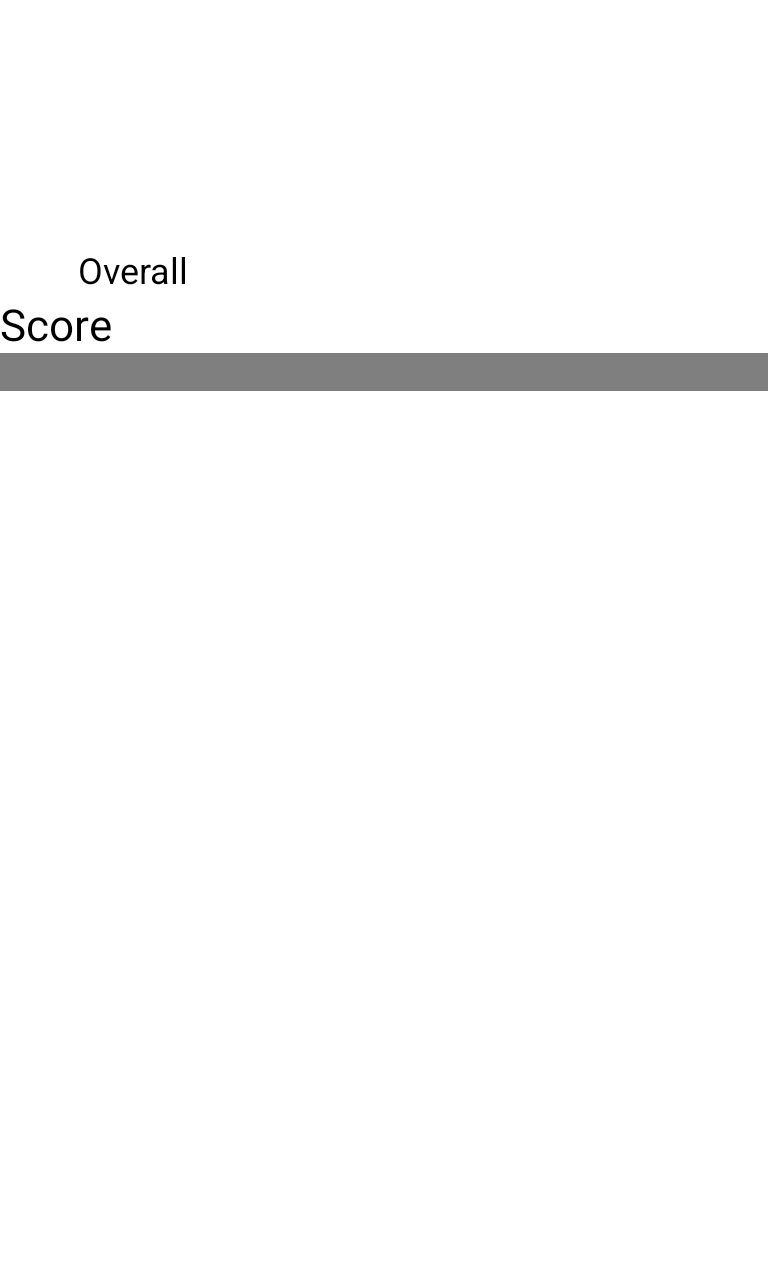
Repository: colincove/CreativeCritic
Layout: workspace/CreativeCritic/res/layout/activity_category_screen.xml
An editor plug-in stored every save of this project. The layout is shown before and after a run of saves, followed by the edit.
Pictures or frames that could not be fetched are drawn as grey boxes. It is drawn on a 768 x 1280 px phone screen (xhdpi) without system bars, with theme AppTheme; the app's code is not run.

Above is the layout before, as saved 2013-11-28 08:16:23.

### workspace/CreativeCritic/res/layout/activity_category_screen.xml
<LinearLayout xmlns:android="http://schemas.android.com/apk/res/android"
    xmlns:tools="http://schemas.android.com/tools"
    android:id="@+id/container"
    android:layout_width="match_parent"
    android:layout_height="match_parent"
    tools:context=".CategoryScreen"
    tools:ignore="MergeRootFrame"
    android:orientation="vertical" >
 <HorizontalScrollView
            android:layout_width="match_parent"
            android:layout_height="wrap_content">
    <LinearLayout android:orientation="horizontal"
        android:id="@id/category_image_view"
        android:layout_height="match_parent"
        android:layout_width="wrap_content"
        >
    </LinearLayout>
</HorizontalScrollView >
        <TextView
            android:id="@+id/categoryTitleTextView"
            android:layout_width="wrap_content"
            android:layout_height="wrap_content"
            android:layout_marginTop="@dimen/large_text"
            android:text=""
            android:textAppearance="?android:attr/textAppearanceLarge" />

        <TextView
            android:id="@+id/generalScoreTextView"
            android:layout_width="wrap_content"
            android:layout_height="wrap_content"
            android:layout_alignParentLeft="true"
            android:layout_marginLeft="39dp"
            android:layout_marginTop="43dp"
            android:text="Overall"
            android:textAppearance="?android:attr/textAppearanceMedium" />

        <TextView
            android:id="@+id/scoreNumberTextView"
            android:layout_width="wrap_content"
            android:layout_height="wrap_content"
            android:text="Score"
            android:textAppearance="?android:attr/textAppearanceLarge" />

        <fragment android:name = "com.example.creativecritic.MyListFragment"
            android:id = "@id/list_fragment"
            android:layout_width="fill_parent"
            android:layout_height="wrap_content"
            >
            </fragment>


</LinearLayout>

### workspace/CreativeCritic/res/values/list.xml
<?xml version="1.0" encoding="utf-8"?>
<resources>
    <dimen name="standard_list_item_hight">120dp</dimen>
    <dimen name="large_text">50sp</dimen>
    <dimen name="large_text_width">200dp</dimen>
    <dimen name="standard_padding">20dp</dimen>


    <color name="odd_background">#ffededed</color>
     <color name="even_background">#ffe0e0e0</color>

     <item type="id" name="item_background" />
     <item type="id" name="score" />
     <item type="id" name="body_text"/>
</resources>

Loaded but not shown: workspace/CreativeCritic/res/values/styles.xml (common file); workspace/CreativeCritic/res/values-v11/styles.xml (common file); workspace/CreativeCritic/res/values-v14/styles.xml (common file)

After the next 2 saves:
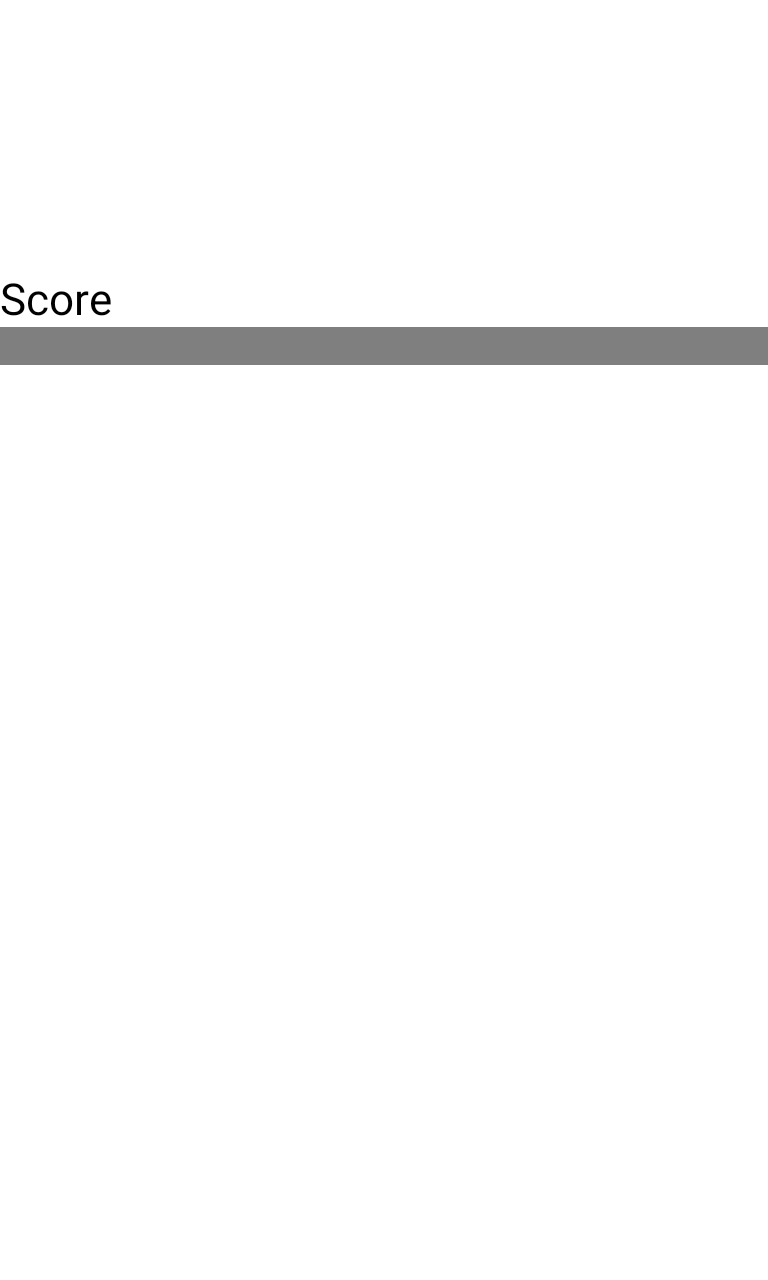
The 2 saves are shown as one change because 1 did not build or start.
The last was saved 48 s later.
--- a/workspace/CreativeCritic/res/layout/activity_category_screen.xml
+++ b/workspace/CreativeCritic/res/layout/activity_category_screen.xml
@@ -20,7 +20,7 @@
             android:id="@+id/categoryTitleTextView"
             android:layout_width="wrap_content"
             android:layout_height="wrap_content"
-            android:layout_marginTop="@dimen/large_text"
+            android:textSize="@dimen/large_text"
             android:text=""
             android:textAppearance="?android:attr/textAppearanceLarge" />
 
@@ -28,11 +28,9 @@
             android:id="@+id/generalScoreTextView"
             android:layout_width="wrap_content"
             android:layout_height="wrap_content"
-            android:layout_alignParentLeft="true"
-            android:layout_marginLeft="39dp"
-            android:layout_marginTop="43dp"
-            android:text="Overall"
-            android:textAppearance="?android:attr/textAppearanceMedium" />
+                      android:textSize="@dimen/large_text"
+
+            />
 
         <TextView
             android:id="@+id/scoreNumberTextView"
